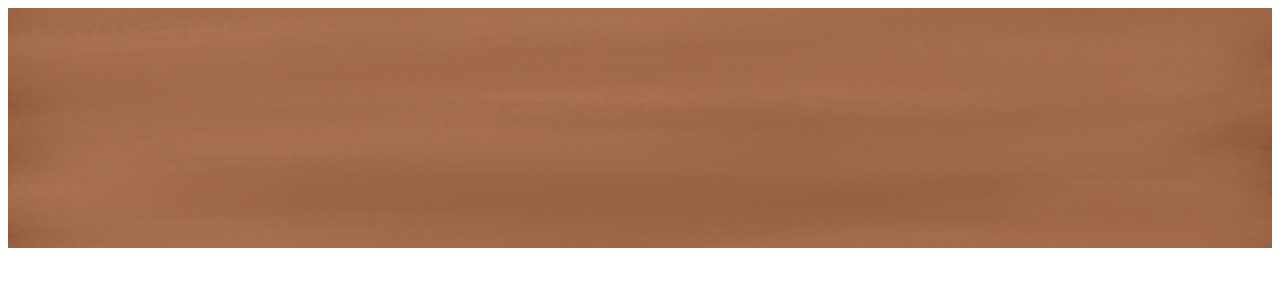
Repository: AlyssaHug/Bandit-Breakout
Page: index.html
These files come from the project's save history. The page is drawn as it stood at one moment and after the next save; the edit follows.
The browser window is 1280 px wide. The pictures show the whole page.
Some web fonts or font styles are not loaded; a fallback is used.

Above is the page before, as saved 2025-05-06 22:36:33.

### index.html
<!DOCTYPE html>
<html lang="en">
    <head>
        <meta charset="UTF-8" />
        <meta
            name="viewport"
            content="width=device-width, initial-scale=1.0" />
        <link
            rel="stylesheet"
            href="styles.css" />
        <title>Bandit Breakout</title>
    </head>
    <body>
        <header></header>
        <main></main>
        <footer>
            <div class="Contact-us"></div>
        </footer>
    </body>
</html>

### styles.css
@import url("https://fonts.googleapis.com/css2?family=Wellfleet&display=swap");

@font-face {
    font-family: "Western Bang Bang";
    src: url("fonts/WesternBangBang.ttf") format("truetype");
    font-weight: normal;
    font-style: normal;
}

:root {
    /* Font Families */
    --font-western: "Western Bang Bang", sans-serif;
    --font-wellfleet: "Wellfleet", serif;

    /* Font Sizes */
    --font-size-h1: 48px;
    --font-size-h2: 36px;
    --font-size-h3: 32px;
    --font-size-h4: 24px;
    --font-size-body: 14px;
    --font-size-caption: 11px;
}

footer {
    background-image: url("img/board.png");
    background-size: cover;
    background-repeat: no-repeat;
    background-position: center;
    min-height: 200px;
    padding: 20px;
}

After the next save:
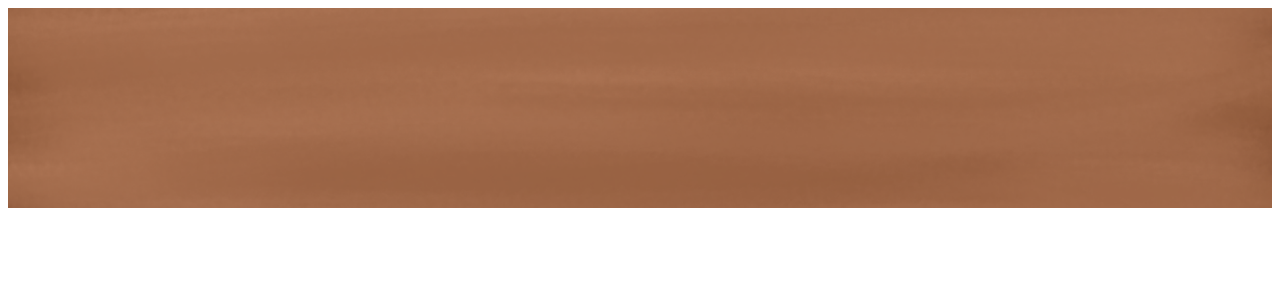
Saved 4 s later.
--- a/styles.css
+++ b/styles.css
@@ -27,5 +27,4 @@ footer {
     background-repeat: no-repeat;
     background-position: center;
     min-height: 200px;
-    padding: 20px;
 }
